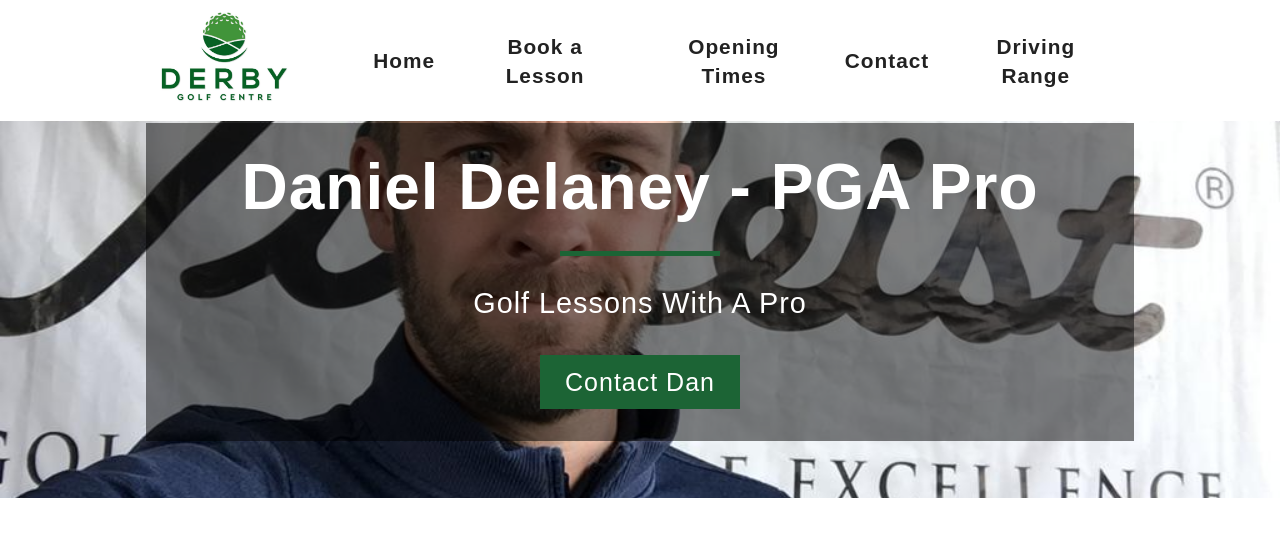
Repository: frankinstyyn/nigeljamesconsulting
Page: /lesson
An editor plug-in stored every save of this project. The page is shown before and after the next save, followed by the edit.
The browser window is 1280 px wide. The pictures show the whole page.
Some web fonts or font styles are not loaded; a fallback is used. The project was rebuilt for these pictures with package versions that can differ from the ones it lists, and the page was loaded fresh each time. Also part of the build but not shown: src/pages/Home.js, src/pages/SingleRoom.js, src/pages/Error.js.

Above is the page before, as saved 2021-01-07 23:27:15.

### public/index.html
<!DOCTYPE html>
<html lang="en">
  <head>
    <meta charset="utf-8" />
    <link rel="icon" href="%PUBLIC_URL%/favicon.ico" />
    <meta name="viewport" content="width=device-width, initial-scale=1" />
    <meta name="theme-color" content="#000000" />
    <meta
      name="description"
      content="Web site created using create-react-app"
    />
    <link rel="apple-touch-icon" href="%PUBLIC_URL%/logo192.png" />
    <!--
      manifest.json provides metadata used when your web app is installed on a
      user's mobile device or desktop. See https://developers.google.com/web/fundamentals/web-app-manifest/
    -->
    <link rel="manifest" href="%PUBLIC_URL%/manifest.json" />
    <!--
      Notice the use of %PUBLIC_URL% in the tags above.
      It will be replaced with the URL of the `public` folder during the build.
      Only files inside the `public` folder can be referenced from the HTML.

      Unlike "/favicon.ico" or "favicon.ico", "%PUBLIC_URL%/favicon.ico" will
      work correctly both with client-side routing and a non-root public URL.
      Learn how to configure a non-root public URL by running `npm run build`.
    -->
    <title>Derby Golf Centre</title>
  </head>
  <body>
    <noscript>You need to enable JavaScript to run this app.</noscript>
    <div id="root"></div>
    <!--
      This HTML file is a template.
      If you open it directly in the browser, you will see an empty page.

      You can add webfonts, meta tags, or analytics to this file.
      The build step will place the bundled scripts into the <body> tag.

      To begin the development, run `npm start` or `yarn start`.
      To create a production bundle, use `npm run build` or `yarn build`.
    -->
  </body>
</html>

### src/index.js
import React from "react";
import ReactDOM from "react-dom";
import "./index.css";
import { BrowserRouter as Router } from "react-router-dom";
import App from "./App";
import reportWebVitals from "./reportWebVitals";

ReactDOM.render(
  <Router>
    <App />
  </Router>,
  document.getElementById("root")
);

// If you want to start measuring performance in your app, pass a function
// to log results (for example: reportWebVitals(console.log))
// or send to an analytics endpoint. Learn more: https://bit.ly/CRA-vitals
reportWebVitals();

### src/index.css
@import url("https://fonts.googleapis.com/css2?family=Darker+Grotesque:wght@300;800&display=swap");

body {
  margin: 0;
  font-family: -apple-system, BlinkMacSystemFont, "Segoe UI", "Roboto", "Oxygen",
    "Ubuntu", "Cantarell", "Fira Sans", "Droid Sans", "Helvetica Neue",
    sans-serif;
  -webkit-font-smoothing: antialiased;
  -moz-osx-font-smoothing: grayscale;
}

code {
  font-family: source-code-pro, Menlo, Monaco, Consolas, "Courier New",
    monospace;
}

### src/App.js
import "./App.css";
import Home from "./pages/Home";
import Lesson from "./pages/Lesson";
import SingleRoom from "./pages/SingleRoom";
import Error from "./pages/Error";

import { Route, Switch } from "react-router-dom";

import Navbar from "./components/Navbar";

function App() {
  return (
    <>
      <Navbar />
      <Switch>
        <Route exact path="/" component={Home} />
        <Route exact path="/lesson" component={Lesson} />
        <Route exact path="/lesson/:slug" component={SingleRoom} />
        <Route component={Error} />
      </Switch>
    </>
  );
}

export default App;

### src/App.css
* {
  margin: 0;
  padding: 0;
  box-sizing: border-box;
  font-family: "Darker Grotesque", sans-serif;
}
:root {
  --primaryColor: #1c6435;
  --mainWhite: #fff;
  --offWhite: #f7f7f7;
  --mainBlack: #222;
  --mainGrey: #ececec;
  --darkGrey: #cfcfcf;
  --mainTransition: all 0.3s linear;
  --mainSpacing: 1px;
  --lightShadow: 2px 5px 3px 0px rgba(0, 0, 0, 0.5);
  --darkShadow: 4px 10px 5px 0px rgba(0, 0, 0, 0.5);
}
/* globals */
body {
  padding-top: 66px;
  color: var(--mainBlack);
  background: var(--mainWhite);
  font-family: Verdana, Geneva, Tahoma, sans-serif;
  line-height: 1.4;
}
h1 {
  font-size: 3em;
  line-height: 1;
  margin-bottom: 0.5em;
}
h2 {
  font-size: 2em;
  margin-bottom: 0.75em;
}
h3 {
  font-size: 1.5em;
  line-height: 1;
  margin-bottom: 1em;
}
h4 {
  font-size: 1.2em;
  line-height: 1.25;
  margin-bottom: 1.25em;
}
h5 {
  font-size: 1em;
  font-weight: bold;
  margin-bottom: 1.5em;
}
h6 {
  font-size: 1em;
  font-weight: bold;
  margin-bottom: 1.5em;
}

.btn-primary {
  display: inline-block;
  text-decoration: none;
  letter-spacing: var(--mainSpacing);
  color: var(--mainWhite);
  background: var(--primaryColor);
  padding: 0.4rem 0.9rem;
  border: 3px solid var(--primaryColor);
  transition: var(--mainTransition);
  /* text-transform: uppercase; */
  cursor: pointer;
  width: 200px;
  font-size: 25px;
}
.btn-primary:hover {
  background: transparent;
  color: var(--primaryColor);
}
.loading {
  text-transform: capitalize;
  text-align: center;
  margin-top: 3rem;
}
.error {
  text-align: center;
  text-transform: uppercase;
  margin: 2rem 0;
}
.empty-search {
  text-align: center;
  text-transform: capitalize;
  margin: 2rem 0;
  padding: 1rem;
  letter-spacing: var(--mainSpacing);
}
/* end of globals */
/* Navbar */
.logo {
  height: 91px;
}
.navbar {
  position: fixed;
  top: 0;
  left: 0;
  width: 100%;
  padding: 0.75rem 2rem;
  background: var(--mainWhite);
  z-index: 1;
  display: inline-block;
  vertical-align: middle;
  text-align: center;
}
.nav-header {
  display: flex;
  justify-content: space-between;
}
.nav-btn {
  background: transparent;
  border: none;
  cursor: pointer;
  outline: none;
  color: red;
}
.nav-icon {
  font-size: 1.5rem;
  color: var(--primaryColor);
}
.nav-links {
  height: 0;
  overflow: hidden;
  transition: var(--mainTransition);
  list-style-type: none;
  align-items: center;
}
.nav-links a {
  display: block;
  text-decoration: none;
  padding: 1rem;
  color: var(--mainBlack);
  transition: var(--mainTransition);
  text-align: center;
  font-size: 1.3rem;
  font-weight: 600;
  letter-spacing: var(--mainSpacing);
}
.nav-links a:hover {
  color: var(--mainWhite);
  background: var(--primaryColor);
}

.show-nav {
  height: 100px;
}
@media screen and (min-width: 1028px) {
  .nav-btn {
    display: none;
  }
  .nav-center {
    max-width: 1170px;
    margin: 0 10%;
    display: flex;
  }
  .nav-links {
    height: auto;
    display: flex;
    margin-left: 4rem;
  }
  .nav-links a {
    /* margin: 0 1rem; */
    padding: 1rem;
  }
}
/* end of navbar */
/* Hero */
.defaultHero,
.lessonHero {
  min-height: calc(100vh - 66px);
  background: url("./images/defaultBcg.jpeg") center/cover no-repeat;
  display: flex;
  align-items: center;
  justify-content: center;
}
.lessonHero {
  background-image: url("./images/room-2.jpeg");
  min-height: 60vh;
}
/* End of Hero */
/* Banner */
.banner {
  display: inline-block;
  background: rgba(0, 0, 0, 0.5);
  color: var(--mainWhite);
  padding: 2rem 1rem;
  text-align: center;
  text-transform: capitalize;
  letter-spacing: var(--mainSpacing);
}
.banner h1 {
  font-size: 2.5rem;
}
.banner div {
  width: 10rem;
  height: 5px;
  background: var(--primaryColor);
  margin: 1.7rem auto;
}
.banner p {
  font-size: 1.8rem;
  margin-bottom: 2rem;
}
@media screen and (min-width: 576px) {
  .banner {
    padding: 2rem 3rem;
  }
  .banner h1 {
    font-size: 3rem;
  }
}
@media screen and (min-width: 992px) {
  .banner {
    padding: 2rem 6rem;
  }
  .banner h1 {
    font-size: 4rem;
  }
}
/* End of Banner */
/* Title */
.section-title {
  text-align: center;
  margin-bottom: 4rem;
}
.section-title h4 {
  font-size: 2rem;
  letter-spacing: var(--mainSpacing);
  text-transform: capitalize;
  margin-bottom: 1rem;
}
.section-title div {
  width: 5rem;
  height: 5px;
  margin: 0 auto;
  background: var(--primaryColor);
}
/* end of Title */

/* services */
.services {
  padding: 5rem 0;
}
.services {
  background: var(--darkGrey);
  text-align: center;
}
.services-center {
  width: 90vw;
  margin: 0 auto;
  display: grid;
  grid-template-columns: repeat(auto-fit, minmax(255px, 1fr));
  grid-row-gap: 2rem;
  grid-column-gap: 50px;
}
.service span {
  display: inline-block;
  color: var(--primaryColor);
  font-size: 2.5rem;
  margin-bottom: 1.5rem;
}
.services h6 {
  letter-spacing: var(--mainSpacing);
}
.services p {
  width: 80%;
  margin: 0 auto;
}
@media screen and (min-width: 992px) {
  .services-center {
    width: 95vw;
    max-width: 1170px;
  }
}

@media screen and (min-width: 1200px) {
  .services p {
    width: 100%;
  }
}
/*end of services */
/* featured rooms */

.featured-rooms {
  padding: 5rem 0;
}
.featured-rooms-center {
  width: 80vw;
  margin: 0 auto;
  display: grid;
  grid-template-columns: repeat(auto-fit, minmax(270px, 1fr));
  grid-row-gap: 2rem;
  grid-column-gap: 40px;
}
@media screen and (min-width: 776px) {
  .featured-rooms-center {
    width: 90vw;
    grid-template-columns: repeat(auto-fit, minmax(330px, 1fr));
  }
}
@media screen and (min-width: 992px) {
  .featured-rooms-center {
    width: 95vw;
    max-width: 1170px;
  }
}
/* end pf featured rooms */
/* room */
.room {
  box-shadow: var(--lightShadow);
  transition: var(--mainTransition);
}
.room:hover {
  box-shadow: var(--darkShadow);
}

.img-container {
  position: relative;
}
.img-container img {
  width: 100%;
  display: block;
  transition: var(--mainTransition);
}
.price-top {
  position: absolute;
  top: 0;
  left: 0;
  background: rgba(0, 0, 0, 0.8);
  color: var(--mainWhite);
  padding: 0.3rem 0.6rem 0.5rem;
  border-bottom-right-radius: 1rem;
  font-size: 0.5rem;
  text-align: center;
  transition: var(--mainTransition);
}
.price-top h6 {
  margin-bottom: 0;
  font-size: 0.9rem;
  font-weight: 300;
  letter-spacing: var(--mainSpacing);
}
.room-link {
  position: absolute;
  top: 50%;
  left: 50%;
  transform: scale(0);
  transition: all 0.3s linear;
}
.img-container:hover {
  background: rgba(0, 0, 0, 0.8);
}
.img-container:hover img {
  opacity: 0.3;
}
.img-container:hover .price-top {
  opacity: 0;
}
.img-container:hover .room-link {
  transform: translate(-50%, -50%) scale(1);
}
.room-info {
  background: var(--darkGrey);
  text-transform: capitalize;
  padding: 0.5rem 0;
  text-align: center;
  font-weight: 700;
  letter-spacing: var(--mainSpacing);
}
/* end of room  */
/* single room*/

.single-room {
  padding: 5rem 0 0 0;
}
.single-room-images {
  width: 80vw;
  margin: 0 auto;
  display: grid;
  grid-template-columns: repeat(auto-fit, minmax(350px, 1fr));
  grid-row-gap: 2rem;
  grid-column-gap: 50px;
}
.single-room-images img {
  width: 100%;
  display: block;
}
.single-room-info {
  width: 80vw;
  display: grid;
  grid-template-columns: 1fr;
  margin: 2rem auto;
}
.desc,
.info {
  margin: 1rem 0;
}
.desc h3 {
  text-transform: capitalize;
  letter-spacing: var(--mainSpacing);
}
.desc p {
  line-height: 1.5;
}
.info h3,
.info h6 {
  text-transform: capitalize;
  letter-spacing: var(--mainSpacing);
}

.info h6 {
  font-weight: 300;
}
.room-extras {
  width: 80vw;
  margin: 0 auto 3rem auto;
}
.room-extras h6 {
  text-transform: capitalize;
  letter-spacing: var(--mainSpacing);
}
.extras {
  list-style-type: none;
  display: grid;
  grid-template-columns: repeat(auto-fit, minmax(330px, 1fr));
  grid-column-gap: 2rem;
  grid-row-gap: 1rem;
}
@media screen and (min-width: 992px) {
  .single-room-images,
  .single-room-info,
  .room-extras {
    width: 95vw;
    max-width: 1170px;
  }
  .single-room-info {
    display: grid;
    grid-template-columns: 1fr 1fr;
    grid-column-gap: 2rem;
  }
  .info {
    padding-left: 3rem;
  }
}
/* end of single room*/
/* roomlist */
.roomslist {
  padding: 5rem 0;
}
.roomslist-center {
  width: 80vw;
  margin: 0 auto;
  display: grid;
  grid-template-columns: repeat(auto-fill, minmax(270px, 1fr));
  grid-row-gap: 2rem;
  grid-column-gap: 30px;
}

@media screen and (min-width: 776px) {
  .roomslist-center {
    width: 90vw;
  }
}
@media screen and (min-width: 992px) {
  .roomslist-center {
    width: 95vw;
    max-width: 1170px;
  }
}
/* end of roomlist */
/*  rooms fitler*/
.filter-container {
  padding: 5rem 0;
}
.filter-form {
  width: 60vw;
  margin: 0 auto;
  display: grid;
  grid-template-columns: repeat(auto-fit, minmax(202px, 1fr));
  grid-row-gap: 2rem;
  grid-column-gap: 40px;
}
.form-group {
  text-transform: capitalize;
}
.form-group label {
  display: block;
  letter-spacing: var(--mainSpacing);
  margin-bottom: 0.5rem;
}
.form-control {
  width: 100%;
  background: transparent;
  font-size: 1rem;
}
.size-inputs {
  display: flex;
}
.size-input {
  width: 40%;
  padding: 0.2rem;
  border: 1px solid var(--mainBlack);
  border-radius: 0.3rem;
  margin-right: 0.3rem;
}
.single-extra label {
  display: inline-block;
  font-size: 0.8rem;
  margin-left: 0.5rem;
}
@media screen and (min-width: 776px) {
  .filter-form {
    width: 70vw;
  }
}
@media screen and (min-width: 992px) {
  .filter-form {
    width: 95vw;
    max-width: 1170px;
  }
}
/* end of rooms fitler*/

### src/pages/Lesson.js
import React from "react";
import Hero from "../components/Hero"
import Banner from "../components/Banner";
import { Link } from "react-router-dom";

export default function Home() {
  return (
    <Hero hero="lessonHero" >
      <Banner title="Daniel Delaney - PGA Pro" subtitle="Golf lessons with a pro">
        <Link to="/contact-dan" className="btn-primary">
          Contact Dan
      </Link>
      </Banner>
    </Hero>
  );
};

### src/components/Navbar.js
import React, { Component } from "react";
// import { IoGolf } from "react-icons/io5";
import logo from "../images/sdrlogo.jpeg";
import { FaAlignRight } from "react-icons/fa";
import { Link } from "react-router-dom";

export default class Navbar extends Component {
  state = {
    isOpen: false,
  }
  handleToggle = () => {
    this.setState({ isOpen: !this.state.isOpen });
  }
  render() {
    return <nav className="navbar">
      <div class="nav-center">
        <div class="nav-header">
          <Link to="/">
            <img className="logo" src={logo} alt="Derby Golf Centre" />
          </Link>
          <button type="button" className="nav-btn" onClick={this.handleToggle}>
            <FaAlignRight className="nav-icon" />
          </button>
        </div>
        <ul className={this.state.isOpen ? "nav-links show-nav" : "nav-links"}>
          <li>
            <Link to="/">Home</Link>
          </li>
          <li>
            <Link to="/lesson">Book a Lesson</Link>
          </li>
          <li>
            <Link to="/opening-times">Opening Times</Link>
          </li>
          <li>
            <Link to="/contact">Contact</Link>
          </li>
          <li>
            <Link to="/driving-range">Driving Range</Link>
          </li>
        </ul>
      </div>
    </nav>;
  }
}

### src/components/Hero.js
import React from 'react'

export default function Hero({children, hero}) {
    return (
        <header className={hero}>{children}</header>
    )
}

### src/components/Banner.js
import React from 'react'

export default function Banner({children,title,subtitle}) {
    return (
        <div className="banner">
            <h1>{title}</h1>
            <div></div>
            <p>{subtitle}</p>
            {children}
        </div>
    )
}

Loaded but not shown: src/reportWebVitals.js (common file)

After the next save:
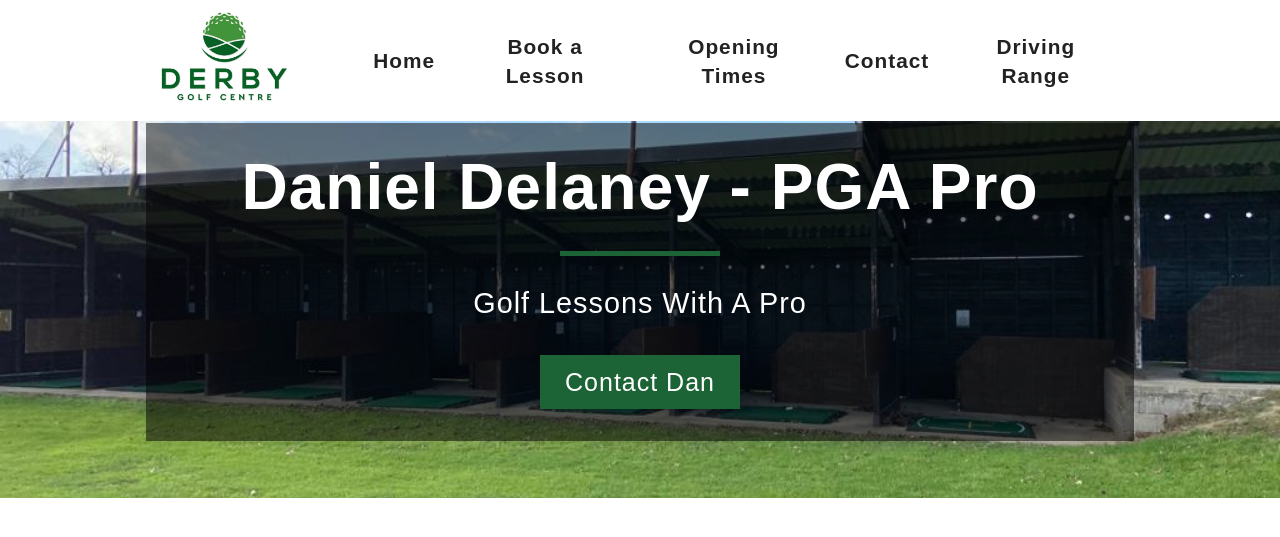
Saved 48 s later.
--- a/src/App.css
+++ b/src/App.css
@@ -177,7 +177,7 @@
   justify-content: center;
 }
 .lessonHero {
-  background-image: url("./images/room-2.jpeg");
+  background-image: url("./images/defaultBcg.jpeg");
   min-height: 60vh;
 }
 /* End of Hero */

After the save that followed:
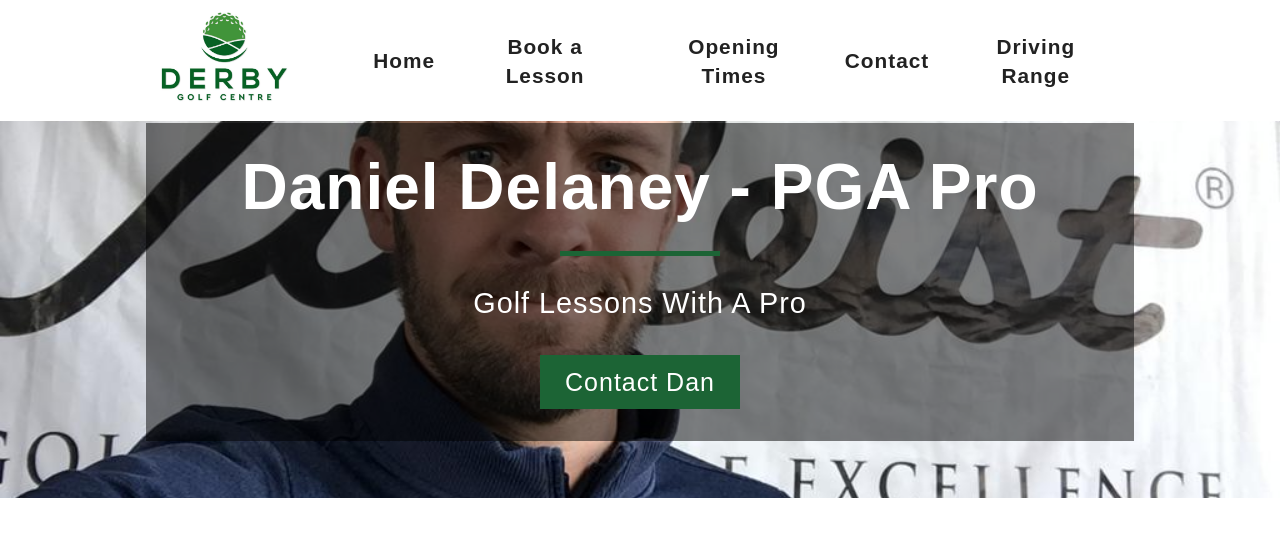
Saved 17 s later.
--- a/src/App.css
+++ b/src/App.css
@@ -177,7 +177,7 @@
   justify-content: center;
 }
 .lessonHero {
-  background-image: url("./images/defaultBcg.jpeg");
+  background-image: url("./images/room-2.jpeg");
   min-height: 60vh;
 }
 /* End of Hero */
